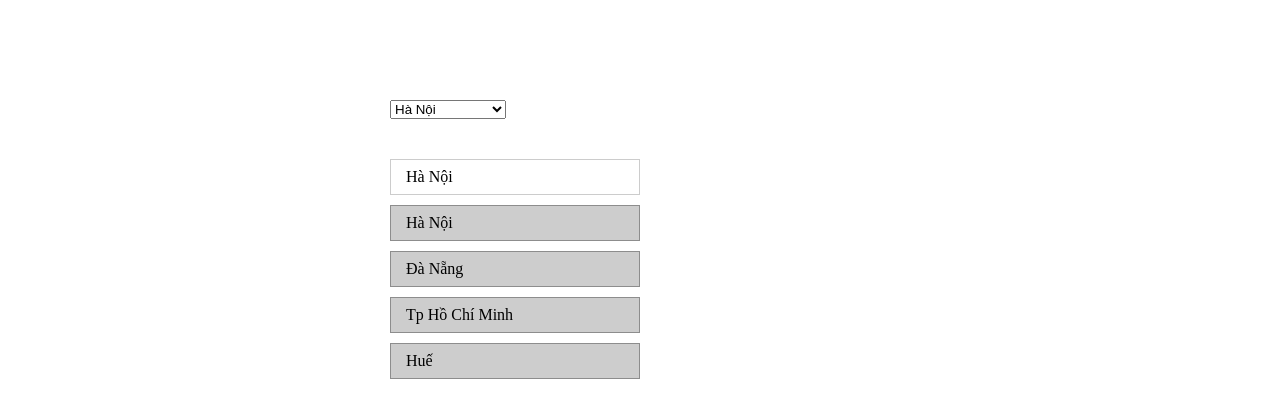
Repository: khanhbinh87/learnJs
Page: customSelect/index.html
An editor plug-in stored every save of this project. The page is shown before and after the next save, followed by the edit.
The browser window is 1280 px wide. The pictures show the whole page.

Above is the page before, as saved 2021-06-16 14:12:25.

### customSelect/index.html
<!DOCTYPE html>
<html lang="en">
<head>
    <meta charset="UTF-8">
    <meta name="viewport" content="width=device-width, initial-scale=1.0">
    <title>Document</title>
    <link rel="stylesheet" href="style.css">
</head>
<body>
        <form action="">
            <select name="" id="" class="custom-select">
                <option value="hanoi">Hà Nội</option>
                <option value="danang" >Đà Nẵng</option>
                <option value="tphcm">Tp Hồ Chí Minh</option>
                <option value="hue" >Huế</option>
            </select>
            <!-- <div class="wrapper-selected">
                <div class="selected" my-value="">Text tam thoi</div>
                <ul class="list-options">
                    <li my-value="hanoi">Hà Nội</li>
                    <li my-value="danang">Đà Nẵng</li>
                    <li my-value="tphcm">Tp Hồ Chí Minh</li>
                    <li my-value="hue">Huế</li>
                </ul>
            </div> -->
        </form>
        <script src="main.js"></script>
</body>
</html>

### customSelect/style.css
*{
    margin: 0;
    padding: 0;
    box-sizing: border-box;
}
form{
    margin:50px auto;
    width: 500px;
}
body{
    padding: 50px;
}
.custom-select {
    margin-bottom: 40px;

}
.selected{
    margin-bottom: 10px;
}
ul li + li{
    margin-top: 10px;
}
.wrapper-selected{
    width: 250px;
}
.wrapper-selected > .selected{
    border:1px solid #ccc;
    padding: 8px 15px;
}
.wrapper-selected > .list-options{
    list-style: none;
}
.wrapper-selected > .list-options > li{
    padding: 8px 15px;
    background-color: #cdcdcd;
    border:1px solid #8d8d8d;
}

### customSelect/main.js
//tao div
//tao class
//tao div rong
//tao my-value
//tao text

var select = document.querySelector('.custom-select');
if(select){
    var listOptions = Array.from(select.querySelectorAll('option'))

    //tao div bao
    var divWrapper  = document.createElement('div');
        divWrapper.classList.add('wrapper-selected');

    //tao div select
    var divSelected = document.createElement('div');
        divSelected.classList.add('selected');


        if(listOptions.length > 0){
            divSelected.setAttribute('my-value',listOptions[0].getAttribute('value'))
            divSelected.innerText = listOptions[0].innerText

        }

    //tao ul li
    var ulElement = document.createElement('ul');
        ulElement.classList.add('list-options')

    //duyet tung listOptions
    listOptions.forEach(function(optionEl,index){
        var valueOption = optionEl.getAttribute('value');
        var textOption  = optionEl.innerText;

        //check co selected hay ko de tjay doi
        if(optionEl.getAttribute('selected') !== null){
            divSelected.setAttribute('my-value',valueOption)
            divSelected.innerText = textOption;
        }

        var liElement = document.createElement('li');
            liElement.setAttribute('my-value',valueOption);
            liElement.innerText = textOption;

            liElement.addEventListener('click',function(e){

                divSelected.setAttribute('my-value',this.getAttribute('my-value'));
                divSelected.innerText = this.innerText;


                var selectString = `option[value=${this.getAttribute('my-value')}]`


                if(select.querySelector('option[selected]')){
                    select.querySelector('option[selected]').removeAttribute('selected')
                }

                select.querySelector(selectString).setAttribute('selected',true);

                //listOptions[index].setAttribute('selected',true)
                // selectString.setAttribute('selected',true)

            })
            ulElement.append(liElement)

    })

    //appending
    divWrapper.append(divSelected);
    divWrapper.append(ulElement);
    document.body.appendChild(divWrapper);


    //chen div wrapper vao truoc hoac sau
    select.parentNode.insertBefore(divWrapper,select.nextSibling);

}

After the next save:
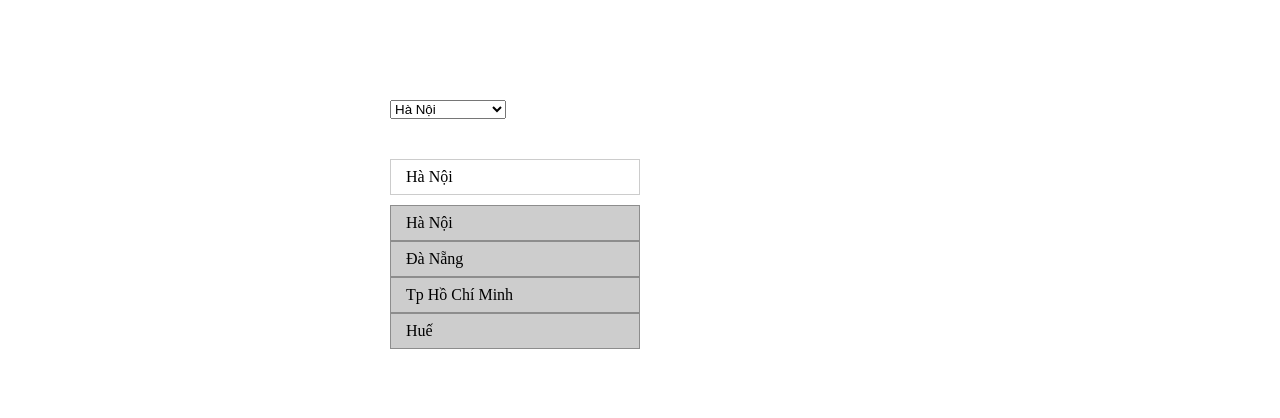
Saved 28 s later.
--- a/customSelect/style.css
+++ b/customSelect/style.css
@@ -17,9 +17,7 @@ body{
 .selected{
     margin-bottom: 10px;
 }
-ul li + li{
-    margin-top: 10px;
-}
+
 .wrapper-selected{
     width: 250px;
 }
